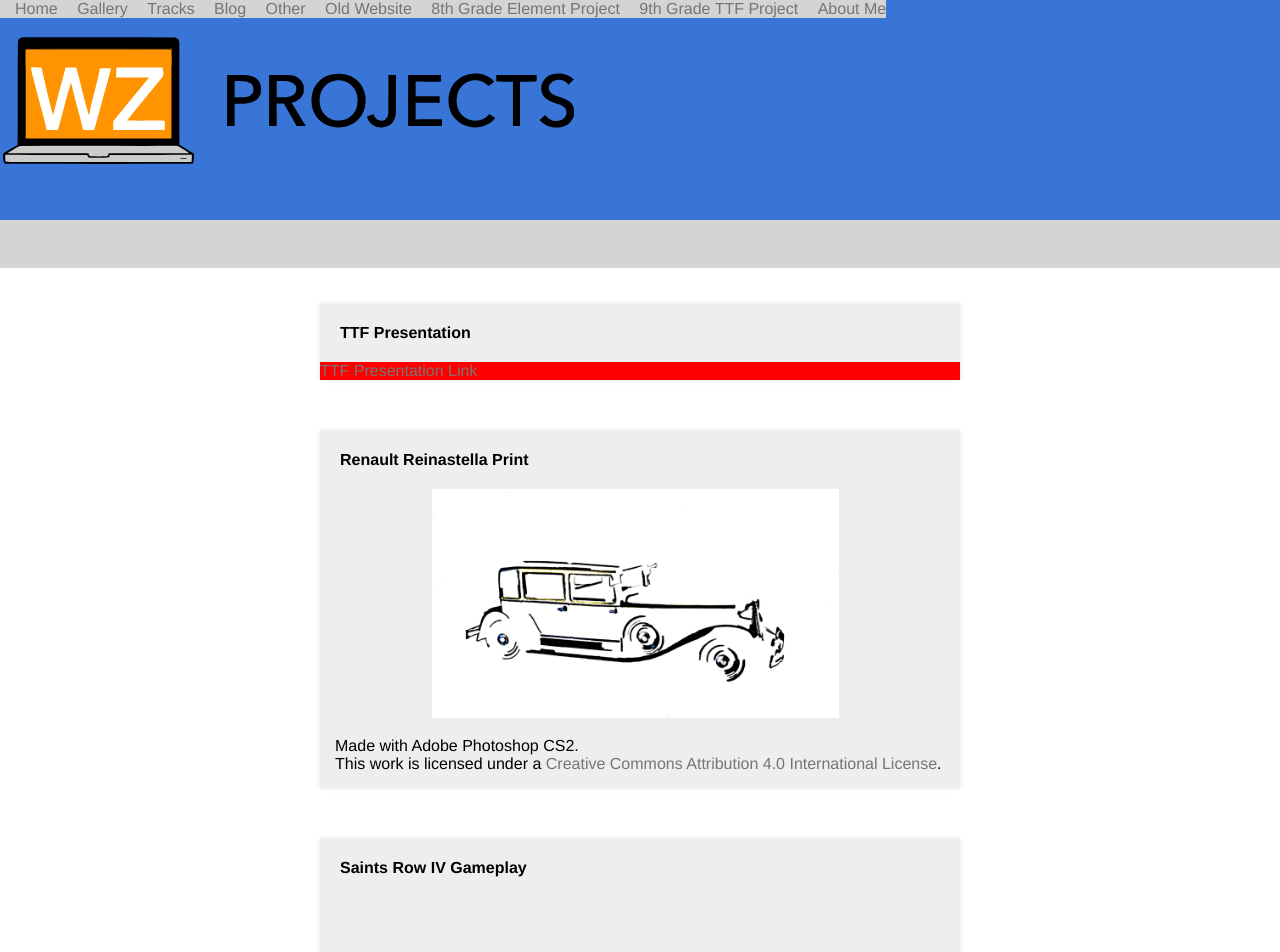
Repository: willzhang05/willzhang05.github.io-old
Page: gallery.html
The author's editor kept a record of every edit. The page is drawn from the files as they stood at one moment, then again after the next edit.
The browser window is 1280 px wide. The pictures show the part of the page from y = 0 to 952 px (the page is 2357 px tall before and 2230 px after).
Pictures or frames that could not be fetched are drawn as grey boxes.

Above is the page before.

After the next edit:
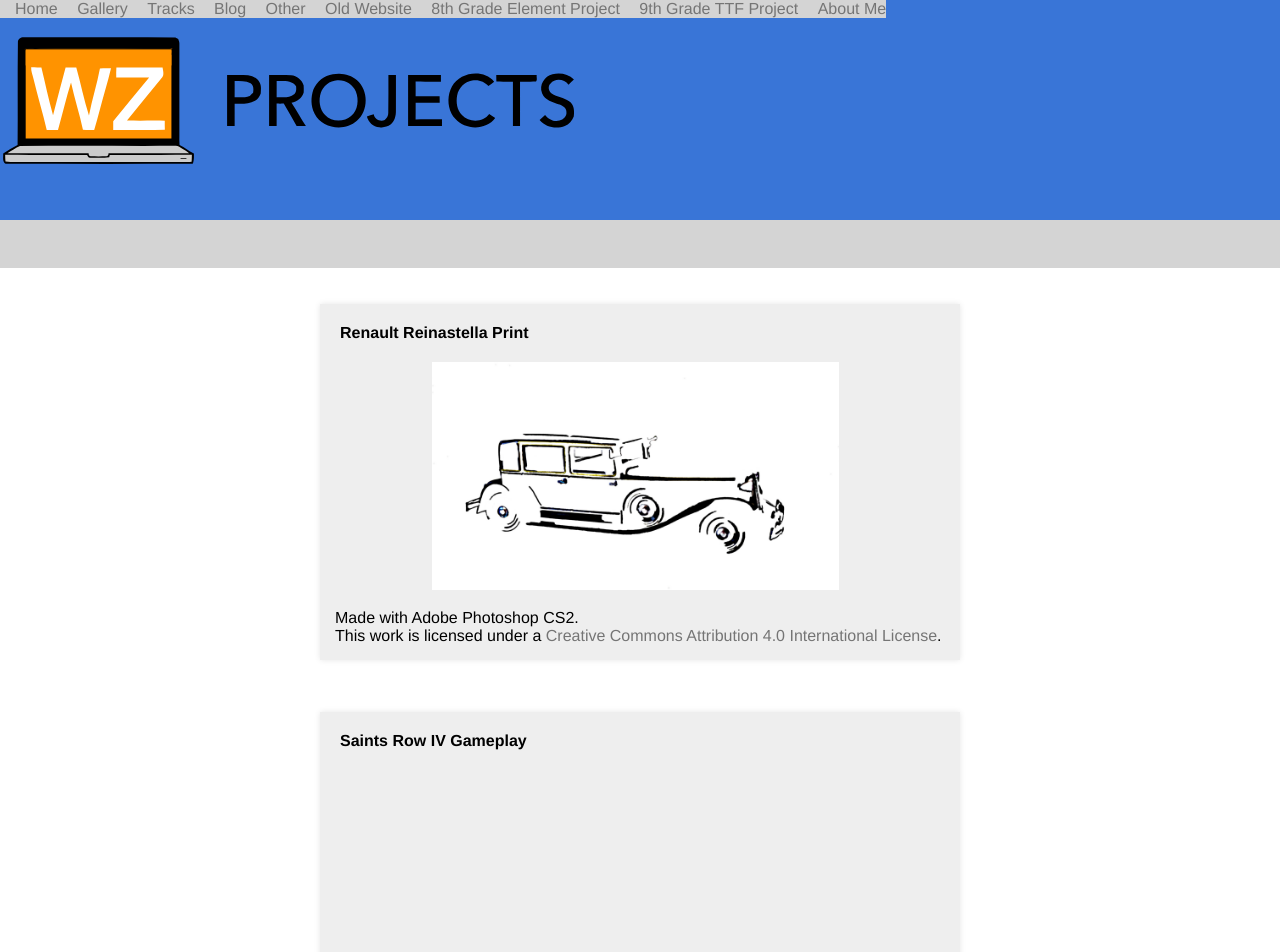
The edit:
--- a/gallery.html
+++ b/gallery.html
@@ -87,18 +87,6 @@
 					</div>
 				</paper-shadow>
 				<div id="content">
-					<paper-shadow z="1">
-						<div class="card">
-							<h1>TTF Presentation</h1>
-							<div style="background-color:red; border:none;">
-								<a class="source" href="http://willzhang05.github.io/bower_components/impress.js/">
-									<paper-item>
-										TTF Presentation Link
-									</paper-item>
-								</a>
-							</div>
-						</div>
-					</paper-shadow>
 					<paper-shadow z="1">
 						<div class="card">
 							<h1>Renault Reinastella Print</h1>
